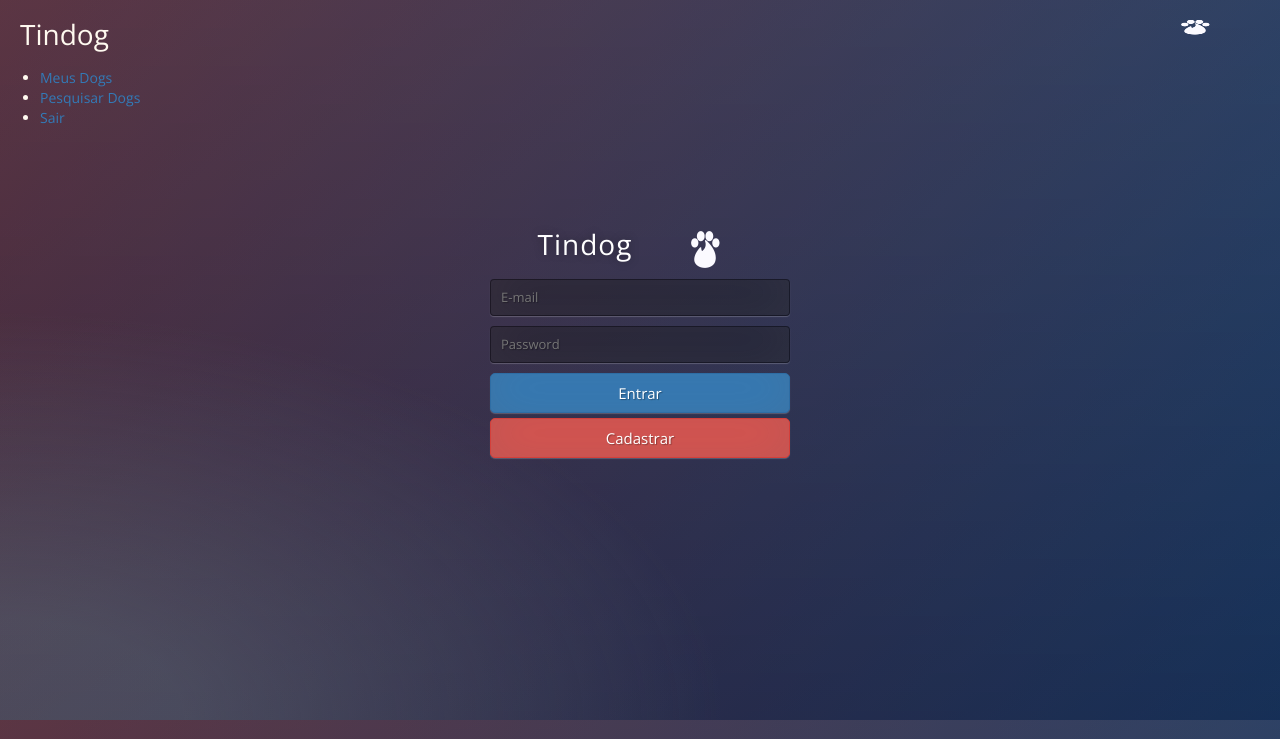
Repository: moises2112/Projetos
Page: http://localhost/Dog/LoginController.do?action=logar
An editor plug-in stored every save of this project. The page is shown before and after the next save, followed by the edit.
The browser window is 1280 px wide. The pictures show the whole page.
Some web libraries are served in a nearby version. The page is served by Tomcat 9.

Above is the page before, as saved 2017-06-14 00:26:23.

After the next save:
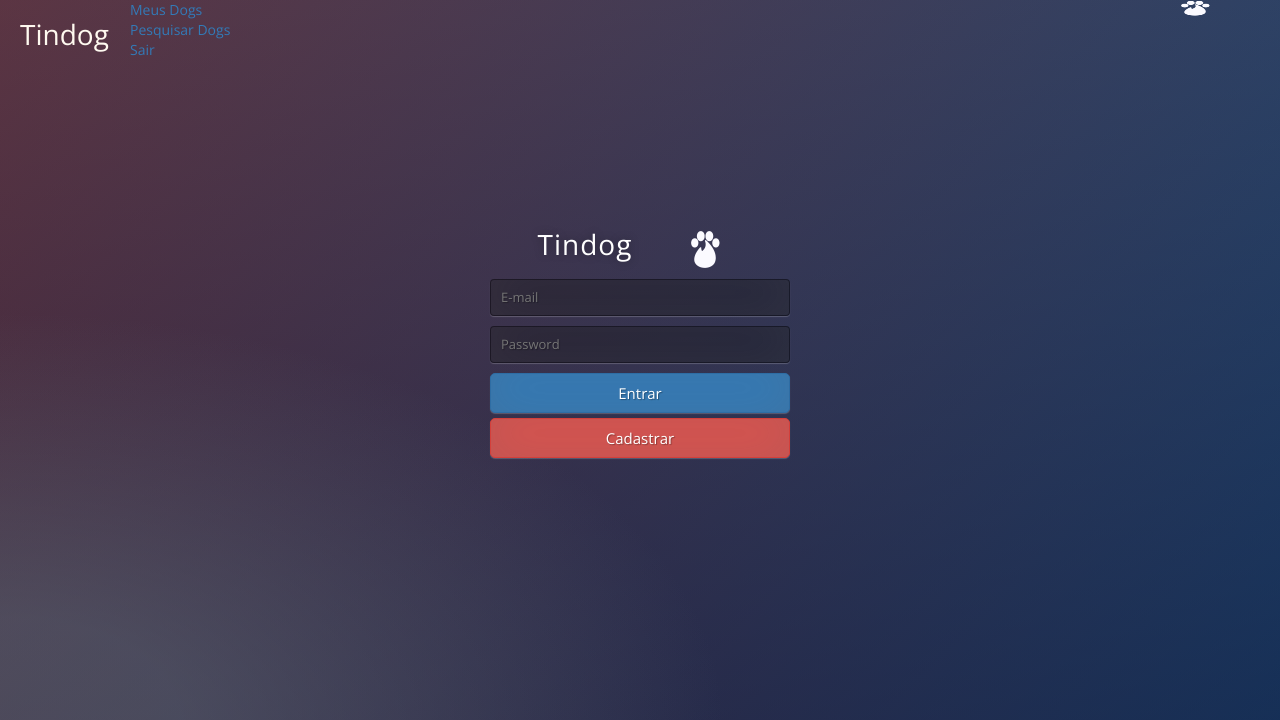
Saved 58 s later.
--- a/Dog/WebContent/login.jsp
+++ b/Dog/WebContent/login.jsp
@@ -15,6 +15,36 @@
 <style>
 /* NOTE: The styles were added inline because Prefixfree needs access to your styles and they must be inlined if they are on local disk! */
 @import url(https://fonts.googleapis.com/css?family=Open+Sans);
+#simbolo2{
+
+  float:left;
+
+    padding-right: 60px;
+    border-right-width: 0px;
+    margin-right: 0px;
+    width: 110px;
+}
+header ul {
+    margin: 0;
+    padding: 0;
+    list-style: none;
+}
+layout.css:51
+nav ul {
+    margin: 0;
+    padding: 0;
+    list-style: none;
+}
+user agent stylesheet
+ul, menu, dir {
+    display: block;
+    list-style-type: disc;
+    -webkit-margin-before: 1em;
+    -webkit-margin-after: 1em;
+    -webkit-margin-start: 0px;
+    -webkit-margin-end: 0px;
+    -webkit-padding-start: 40px;
+}
 
 * {
 	-webkit-box-sizing: border-box;

After the save that followed:
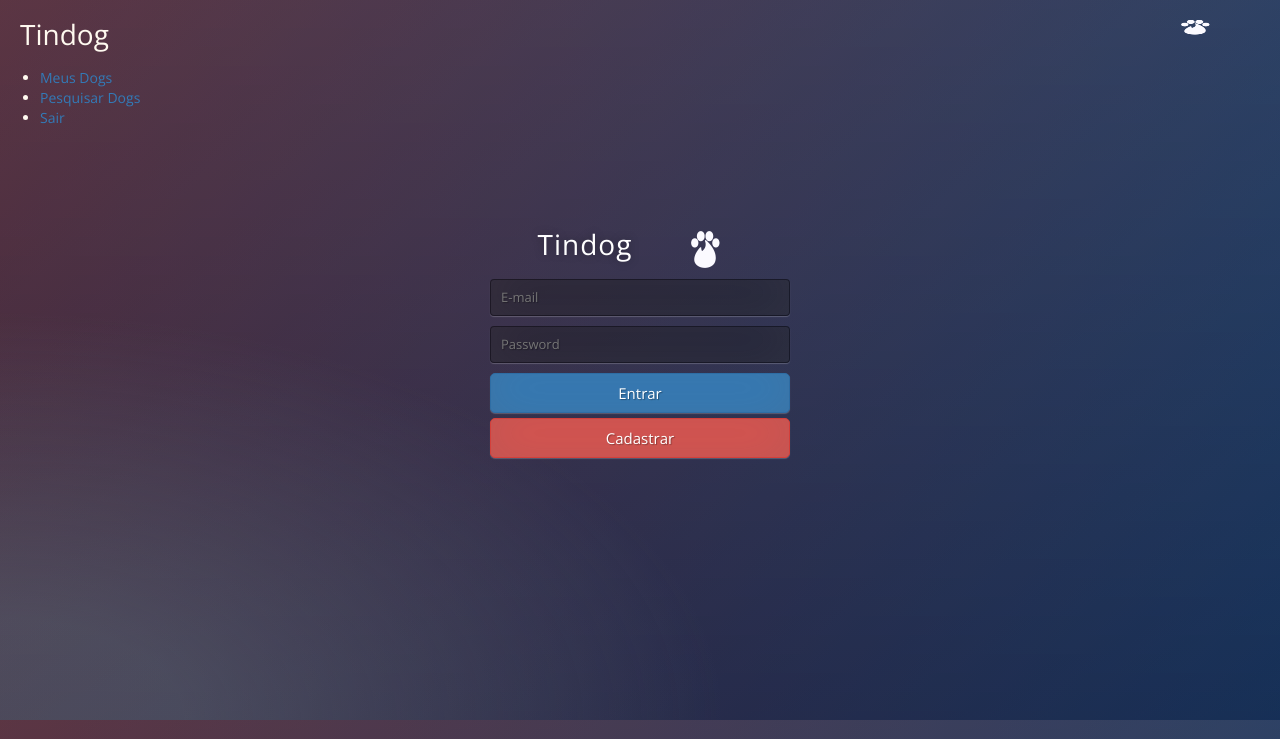
Saved 35 s later.
--- a/Dog/WebContent/login.jsp
+++ b/Dog/WebContent/login.jsp
@@ -15,36 +15,7 @@
 <style>
 /* NOTE: The styles were added inline because Prefixfree needs access to your styles and they must be inlined if they are on local disk! */
 @import url(https://fonts.googleapis.com/css?family=Open+Sans);
-#simbolo2{
 
-  float:left;
-
-    padding-right: 60px;
-    border-right-width: 0px;
-    margin-right: 0px;
-    width: 110px;
-}
-header ul {
-    margin: 0;
-    padding: 0;
-    list-style: none;
-}
-layout.css:51
-nav ul {
-    margin: 0;
-    padding: 0;
-    list-style: none;
-}
-user agent stylesheet
-ul, menu, dir {
-    display: block;
-    list-style-type: disc;
-    -webkit-margin-before: 1em;
-    -webkit-margin-after: 1em;
-    -webkit-margin-start: 0px;
-    -webkit-margin-end: 0px;
-    -webkit-padding-start: 40px;
-}
 
 * {
 	-webkit-box-sizing: border-box;
